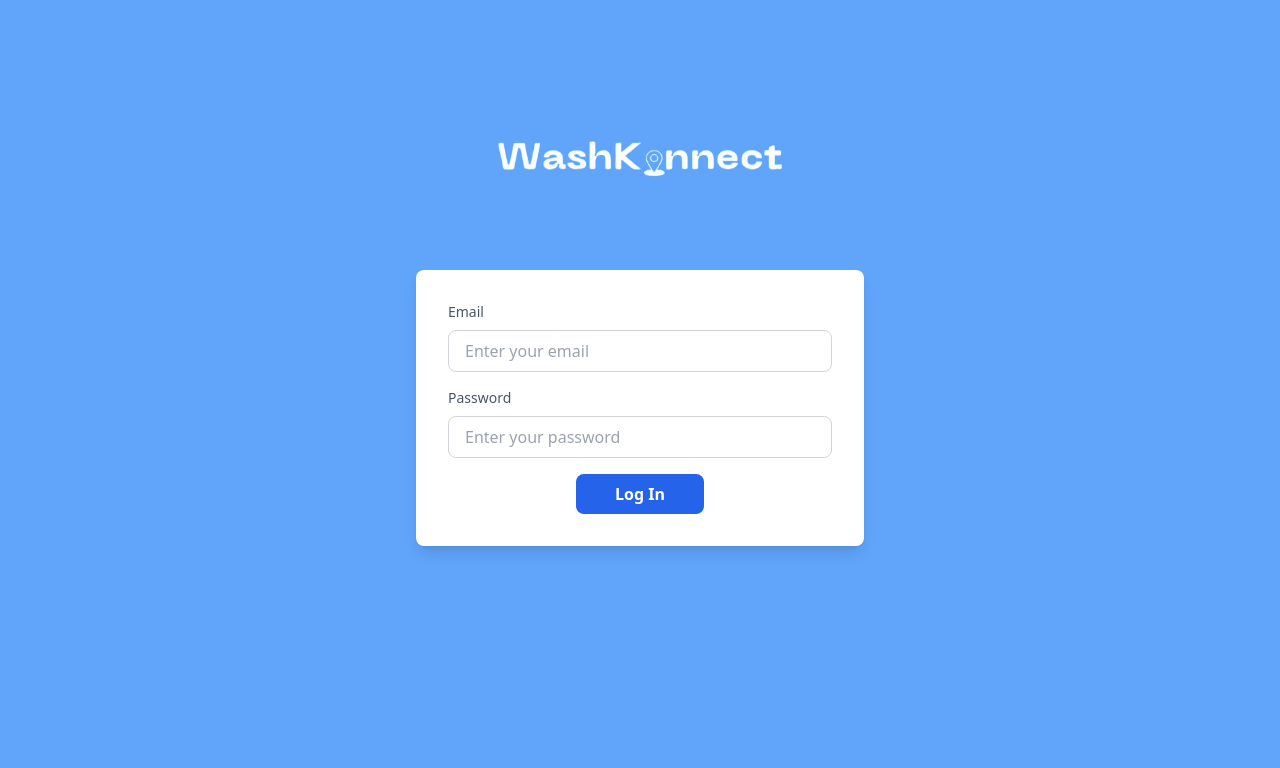
Repository: TEKVOLUTION-LTD/Admin-washKonnect
Page: / (app in Admin-WashKonnect/)
An editor plug-in stored every save of this project. The page is shown before and after the next save, followed by the edit.
The browser window is 1280 px wide. The pictures show the whole page.
The project was rebuilt for these pictures with package versions that can differ from the ones it lists, and the page was loaded fresh each time. Also part of the build but not shown: Admin-WashKonnect/vite.config.js, Admin-WashKonnect/src/pages/Transaction.jsx, Admin-WashKonnect/src/pages/serviceProvider.jsx.

Above is the page before, as saved 2024-11-13 14:58:27.

### Admin-WashKonnect/src/App.jsx
import {createBrowserRouter, RouterProvider} from 'react-router-dom'
import Login from './components/Login';
import './App.css'
import Users from './pages/users';
import Transaction from './pages/Transaction';
import ServiceProvider from './pages/serviceProvider';

function App() {

  const router = createBrowserRouter([
    {path:'/',
      element: <Users />
    },

    {path:'/serviceProvider',
      element: <ServiceProvider />
    },
    {path:'/transaction',
      element: <Transaction />
    },
  ])


  return (
    <>
<RouterProvider router={router} />

    <div className=''>    <Login /> </div>

    </>
  )
}

export default App

### Admin-WashKonnect/src/components/Login.jsx
import React, {useState} from 'react'
import WashkonnectLogo from '../assets/WashkonnectLogo.png'

const Login = () => {


  const [email, setEmail] = useState('');
  const [password, setPassword] = useState('');

  const handleSubmit = (e) => {
    e.preventDefault();
    // Handle login logic here (e.g., authentication API call)
    console.log('Email:', email);
    console.log('Password:', password);
  };

  return (

    <>
<div className=' bg-blue-400 my-auto'>
  <div className='flex mx-auto justify-center items-center'> <img src={WashkonnectLogo} className='object-cover w-[20rem] mb-[-17rem]' alt="" /></div>

<div className="flex  items-center justify-center min-h-screen ">


      <div className="w-full max-w-md p-8 space-y-6 bg-white rounded-lg shadow-lg">

        <form className="space-y-4" onSubmit={handleSubmit}>
          <div>
            <label htmlFor="email" className="block text-start text-sm font-medium text-gray-600">
              Email
            </label>
            <input
              type="email"
              id="email"
              value={email}
              onChange={(e) => setEmail(e.target.value)}
              required
              className="w-full px-4 py-2 mt-2 text-gray-800 border border-gray-300 rounded-lg focus:outline-none focus:ring-2 focus:ring-blue-500"
              placeholder="Enter your email"
            />
          </div>
          <div>
            <label htmlFor="password" className="block text-start text-sm font-medium text-gray-600">
              Password
            </label>
            <input
              type="password"
              id="password"
              value={password}
              onChange={(e) => setPassword(e.target.value)}
              required
              className="w-full px-4 py-2 mt-2 text-gray-800 border border-gray-300 rounded-lg focus:outline-none focus:ring-2 focus:ring-blue-500"
              placeholder="Enter your password"
            />
          </div>
          <button
            type="submit"
            className="w-1/3 px-4 py-2 font-semibold text-white bg-blue-600 rounded-lg hover:bg-blue-700 focus:outline-none focus:ring-2 focus:ring-blue-500 focus:ring-offset-2"
          >
            Log In
          </button>
        </form>
      </div>
    </div>


</div>



    </>
  )
}

export default Login

### Admin-WashKonnect/src/App.css
#root {
  max-width: 1280px;
  margin: 0 auto;

  text-align: center;
}

Loaded but not shown: Admin-WashKonnect/index.html (common file); Admin-WashKonnect/src/main.jsx (common file); Admin-WashKonnect/src/index.css (common file); Admin-WashKonnect/src/pages/users.jsx (common file); Admin-WashKonnect/tailwind.config.js (common file)

After the next save:
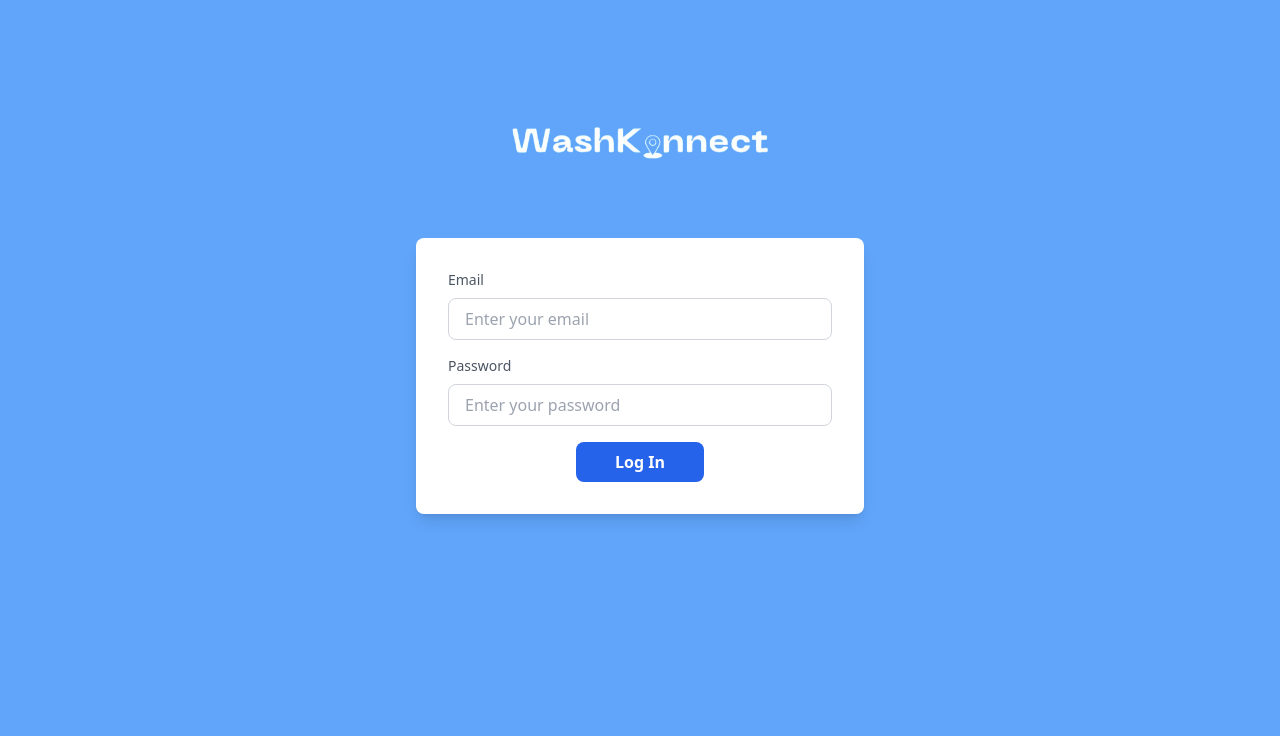
Saved 26 s later.
--- a/Admin-WashKonnect/src/components/Login.jsx
+++ b/Admin-WashKonnect/src/components/Login.jsx
@@ -17,8 +17,8 @@
   return (
 
     <>
-<div className=' bg-blue-400 my-auto'>
-  <div className='flex mx-auto justify-center items-center'> <img src={WashkonnectLogo} className='object-cover w-[20rem] mb-[-17rem]' alt="" /></div>
+<div className=' bg-blue-400'>
+  <div className='flex mx-auto justify-center items-center'> <img src={WashkonnectLogo} className='object-cover w-[18rem] mb-[-17rem]' alt="" /></div>
 
 <div className="flex  items-center justify-center min-h-screen ">
 

After the save that followed:
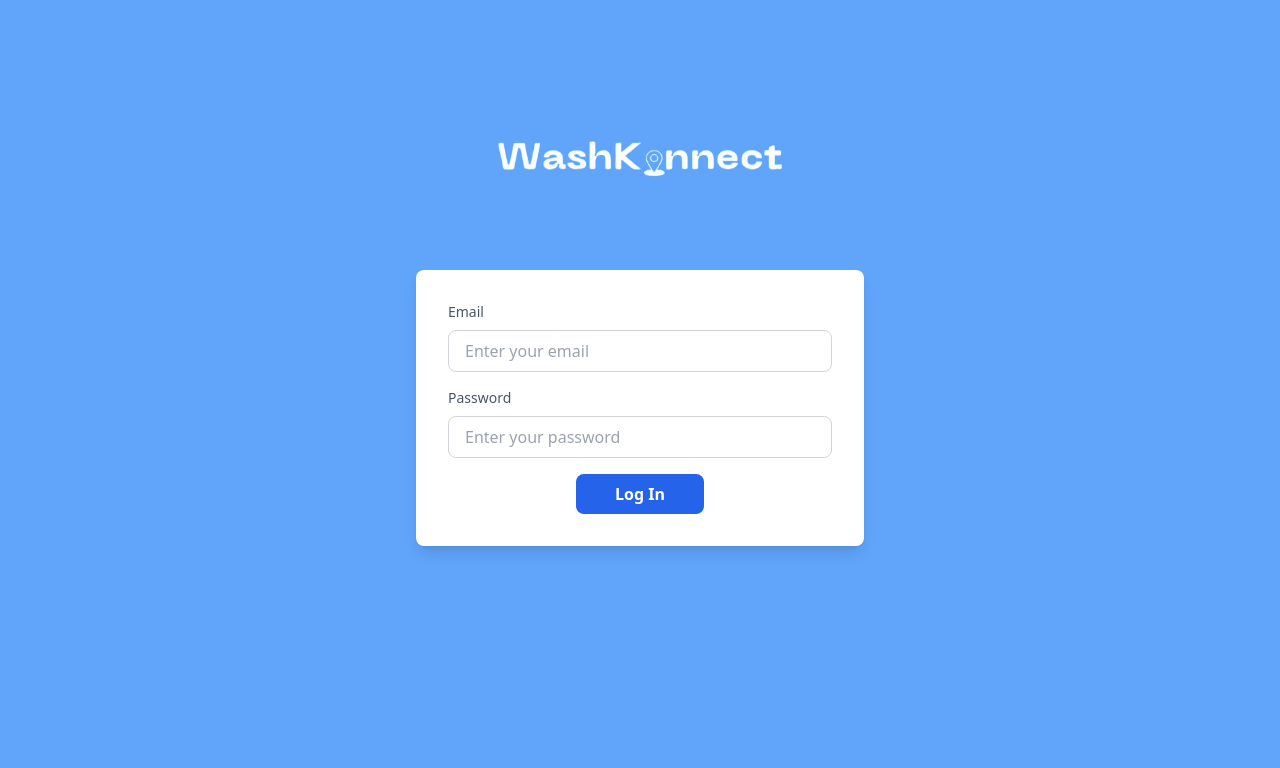
Saved 50 s later.
--- a/Admin-WashKonnect/src/components/Login.jsx
+++ b/Admin-WashKonnect/src/components/Login.jsx
@@ -18,7 +18,7 @@
 
     <>
 <div className=' bg-blue-400'>
-  <div className='flex mx-auto justify-center items-center'> <img src={WashkonnectLogo} className='object-cover w-[18rem] mb-[-17rem]' alt="" /></div>
+  <div className='flex mx-auto justify-center items-center'> <img src={WashkonnectLogo} className='object-cover w-[20rem] mb-[-17rem]' alt="" /></div>
 
 <div className="flex  items-center justify-center min-h-screen ">
 
